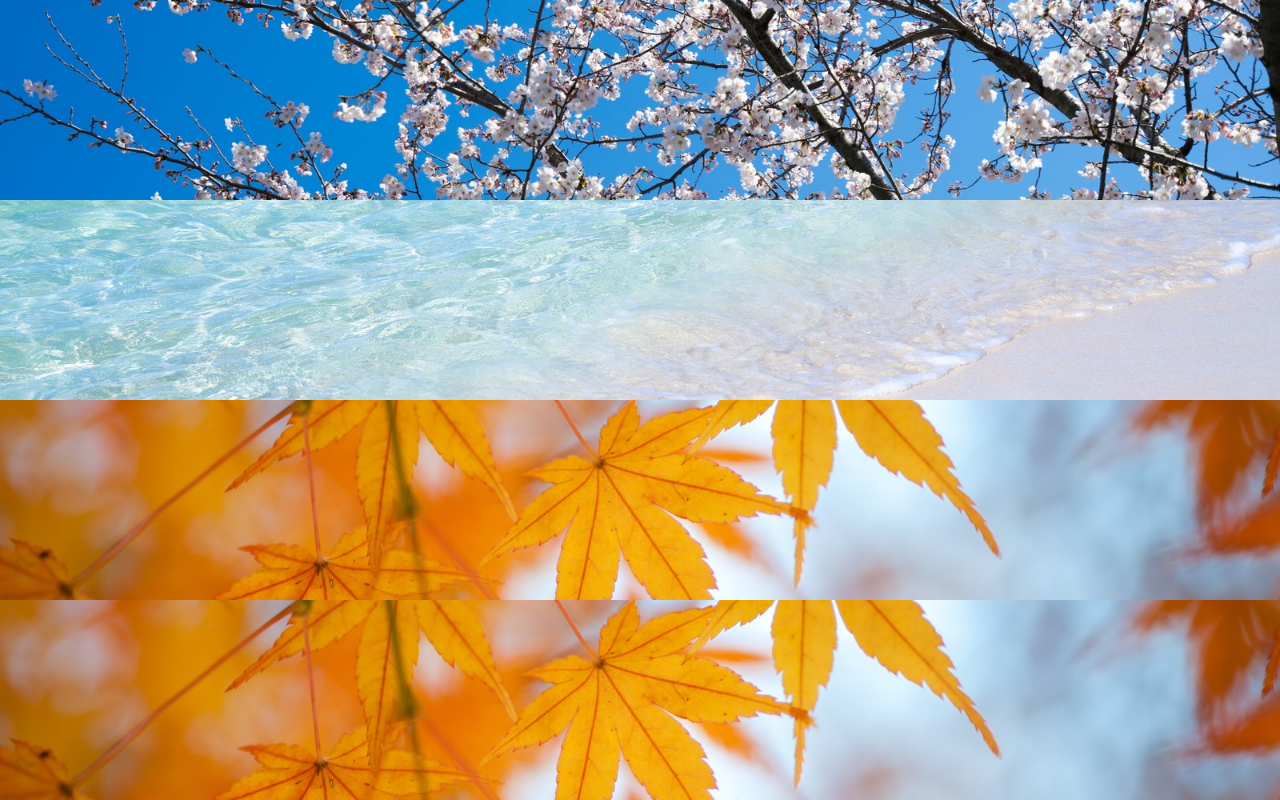
Repository: nyaaaaaaaaaaaaaa/chapter9-2
Page: chapter6/index.html
The author's editor kept a record of every edit. The page is drawn from the files as they stood at one moment, then again after the next edit.
The browser window is 1280 px wide. The pictures show the whole page.

Above is the page before.

### chapter6/index.html
<!DOCTYPE html>
<html lang="ja">
  <head>
    <meta charset="UTF-8" />
    <link rel="stylesheet"href="style.css">
    <title>chapter6</title>
  </head>

  <body>
    <div class="box1"></div>
    <div class="box2"></div>
    <div class="box3"></div>
    <div class="box4"></div>
  </body>
</html>

### chapter6/style.css
* {
  margin: 0;
  padding: 0;
  box-sizing: border-box;
}

.box1 {
  width: 100%;
  height: 200px;
  background-image: url(img/box1.jpg);
  background-size: cover;
  background-position: center;
}

.box2 {
  width: 100%;
  height: 200px;
  background-image: url(img/box2.jpg);
  background-size: cover;
  background-position: center;
}

.box3 {
  width: 100%;
  height: 200px;
  background-image: url(img/box3.jpg);
  background-size: cover;
  background-position: center;
}

.box4 {
  width: 100%;
  height: 200px;
  background-image: url(img/box3.jpg);
  background-size: cover;
  background-position: center;
}

After the next edit:
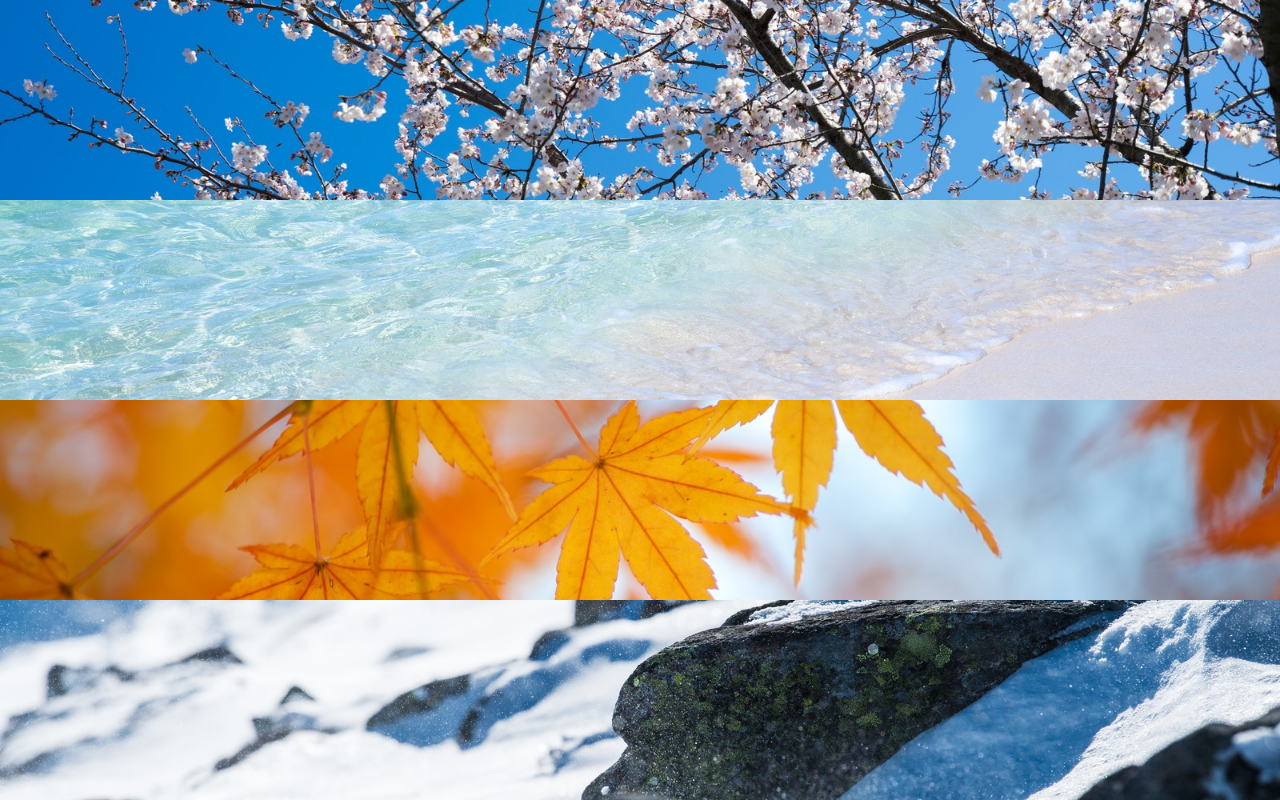
The edit:
--- a/chapter6/style.css
+++ b/chapter6/style.css
@@ -31,7 +31,7 @@
 .box4 {
   width: 100%;
   height: 200px;
-  background-image: url(img/box3.jpg);
+  background-image: url(img/box4.jpg);
   background-size: cover;
   background-position: center;
 }
